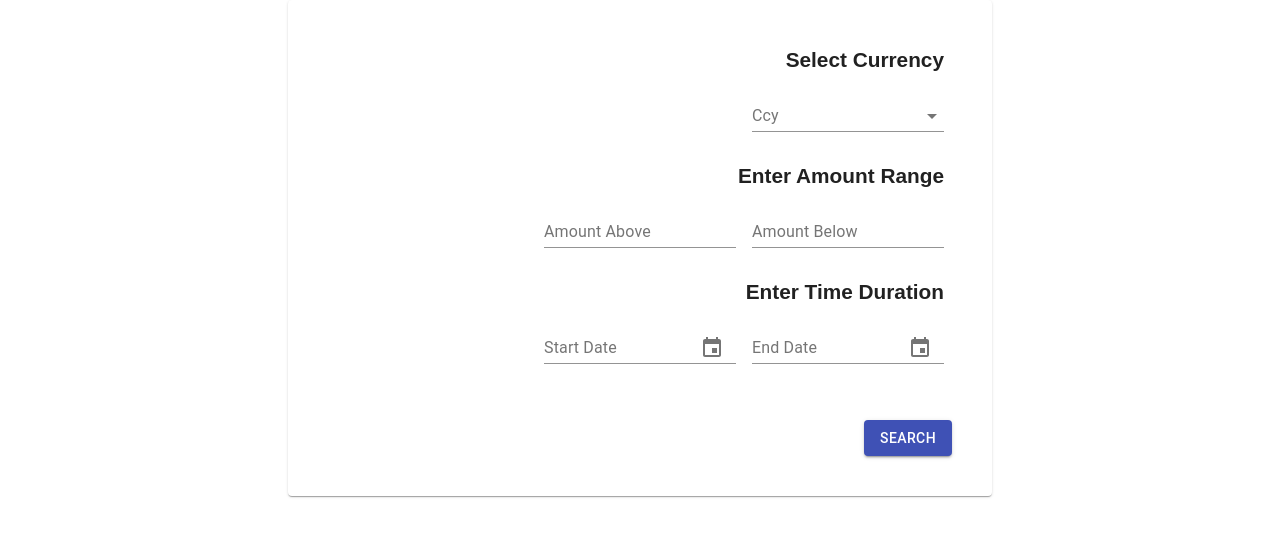
Repository: AmanullaChishty/filter
Page: /
The author's editor kept a copy of each file at every save. The page is drawn from the files as they stood at one save, then again after the next save.
The browser window is 1280 px wide. The pictures show the whole page.
The project was rebuilt for these pictures with package versions that can differ from the ones it lists, and the page was loaded fresh each time. Imported but missing from the stored project, and not drawn on this page: src/reducers/simpleReducer.

Above is the page before, as saved 2020-01-26 13:40:37.

### src/index.js
import React from 'react';
import ReactDOM from 'react-dom';

// Required for Redux store setup
import { Provider } from 'react-redux'
import configureStore from './store';

import './index.css';
import App from './App';
import registerServiceWorker from './registerServiceWorker';

ReactDOM.render(
  <Provider store={configureStore()}>
    <App />
  </Provider>,
  document.getElementById('root')
);
registerServiceWorker();

### src/store.js
import { createStore, applyMiddleware } from 'redux';
import thunk from 'redux-thunk';
import rootReducer from './reducers/rootReducer';

export default function configureStore(initialState={}) {
  return createStore(
    rootReducer,
    applyMiddleware(thunk)
  );
}

### src/App.js
import MUIDataTable from "mui-datatables";
import React, { Component } from 'react';
import { connect } from 'react-redux';
import { bindActionCreators } from 'redux';
import './App.css';
import { fetchData } from './searchBar/actions/fetchData';
// import WorkList from './gridList'
import SearchBar from './searchBar/components/searchBar';
import { getData } from './searchBar/selectors/searchSelectors';



/*
 * mapDispatchToProps
*/
// const mapDispatchToProps = dispatch => ({
//   simpleAction: () => dispatch(simpleAction())
// })

/*
 * mapStateToProps
*/
// const mapStateToProps = state => ({
//   ...state
// })

const mapStateToProps=state=> {
  return {
      content:getData(state)
      };
}

const mapDispatchToProps = dispatch => bindActionCreators({
  // fetchAllData:fetchData,
}, dispatch)

const headers = [{ name: "invoice_id", label: "Invoice id", options: { filter: true, sort: true, } },{ name: "reference", label: "Reference", options: { filter: true, sort: true, } },
{ name: "maturity_date", label: "Maturity Date", options: { filter: true, sort: true, } },{ name: "invoice_amount", label: "Invoice Amount", options: { filter: true, sort: true, } },
{ name: "ccy", label: "CCY", options: { filter: true, sort: true, } },{ name: "buyer", label: "Buyer", options: { filter: true, sort: true, } },
{ name: "supplier", label: "Supplier", options: { filter: true, sort: true, } },{ name: "invoice_date", label: "Invoice Date", options: { filter: true, sort: true, } },]

const options = {
  filterType: "checkbox",
  responsive: "stacked",
}

/**
 * @class App
 * @extends {Component}
 */
class App extends Component {


  componentDidMount() {
    // const { fetchAllData } = this.props;
    // fetchAllData();

}
  /**
   * @memberof App
   * @summary handles button click
   */
  // simpleAction = (event) => {
  //   this.props.simpleAction();
  // }

  render() {
    const {content} = this.props;
    return (
      <div className="App">
        {/* <WorkList/> */}
        <SearchBar/>
        {/* <MUIDataTable
            title={'Detail List'}
            data={content}
            columns={headers}
            options={options}

          /> */}
        {/* <header className="App-header">
          <img src={logo} className="App-logo" alt="logo" />
          <h1 className="App-title">Welcome to React</h1>
        </header>
        <pre>
          {
            JSON.stringify(this.props)
          }
        </pre>
        <button onClick={this.simpleAction}>Test redux action</button>
        <p className="App-intro">
          To get started, edit <code>src/App.js</code> and save to reload.
        </p> */}
      </div>
    );
  }
}

export default connect(mapStateToProps, mapDispatchToProps)(App);

### src/reducers/rootReducer.js
import { combineReducers } from 'redux';
import simpleReducer from './simpleReducer';
import searchReducer from '../searchBar/reducers/searchReducer'

export default combineReducers({
  simpleReducer,
  searchReducer
});

### src/searchBar/actions/fetchData.js
import { getData } from "./searchAction";


function fetchData() {
    return dispatch => {
        fetch(`https://my.api.mockaroo.com/tallydata.json?key=1e3baa20`, {
            headers: {
              'Content-Type': 'application/json'

            }
          })
        .then(res => res.json())
        .then(res => {
            if(res.error) {
                throw(res.error);
            }
            dispatch(getData(res));

            return res;
        })
        .catch(error => {
            alert(error);
        })
    }
}

export { fetchData };

### src/searchBar/components/searchBar.js
import React, { Component, Fragment } from 'react';
import { connect } from 'react-redux';
import { bindActionCreators } from 'redux';
// import { fetchData } from '../actions/fetchData';
import { search } from '../actions/searchAction';
import { getData, getSearchData } from '../selectors/searchSelectors';
import InputLabel from '@material-ui/core/InputLabel';
import MenuItem from '@material-ui/core/MenuItem';
import FormControl from '@material-ui/core/FormControl';
import Select from '@material-ui/core/Select';
import { Grid, Card, CardContent,CardActions, Input, Button, InputAdornment } from '@material-ui/core';
import DateFnsUtils from '@date-io/date-fns';
import { KeyboardDatePicker, MuiPickersUtilsProvider } from "@material-ui/pickers";
import 'date-fns';


let ccy=''

class SearchBar extends Component {

  constructor(props){
    super(props);
    this.handleChange=this.handleChange.bind(this)
    this.setLowerLimit=this.setLowerLimit.bind(this)
    this.setUpperLimit=this.setUpperLimit.bind(this)
    this.setStartDate=this.setStartDate.bind(this)
    this.setEndDate=this.setEndDate.bind(this)
    this.submitSearch=this.submitSearch.bind(this)
    this.state = {
      ccy:'',
      lowerLimit:'',
      upperLimit:'',
      startDate:null,
      endDate:null

    }
  }

  componentDidMount() {
    // const { fetchAllData } = this.props;
    // fetchAllData();
    }



  handleChange(event){
    let val = event.target.value
      this.setState({ccy:val})
  };

  setLowerLimit(event){
    let val = event.target.value
    this.setState({lowerLimit:val});
  }

  setUpperLimit(event){
    let val = event.target.value
    this.setState({upperLimit:val})

  }
  setStartDate(event){
    this.setState({startDate:event})

  }

  setEndDate(event){
    this.setState({endDate:event})

  }

  submitSearch(){
    console.log('state',this.state)
  }


  render() {
    // const {searchData, value,content} = this.props;
    const sectionGrid={ display: 'flex', justifyContent: 'end', alignItems: 'end', flexDirection: 'column', marginBottom: '2em' }
    const sectionLabel = { fontSize: '1.3em', fontWeight: 'bold', marginBottom: '-.2em' }
    const innerSection={ display: 'flex', justifyContent: 'center', alignItems: 'center', }
    const formControlStyle={ width: '12em', marginTop: '1em' }
    const formControlStyleLeft={ width: '12em', marginTop: '1em', marginLeft: '1em' }
    const {ccy,lowerLimit,upperLimit,startDate,endDate} = this.state

    return (
      <Grid style={{display:'flex',justifyContent:'center',alignItems:'center',flexDirection:'column'}}>
        {/* <input
          className="form-control"
          placeholder = "Procurar Trabalho"
          onChange={(e) => searchData(e.target.value)}
         />
    <h3>{value}</h3> */}
    <Card style={{maxWidth:675,width:'50%',padding:'2em'}}>
      <CardContent>
            <Grid style={sectionGrid}>
              <span style={sectionLabel}>Select Currency</span>
              <FormControl style={formControlStyle} >

                <InputLabel id="ccy">
                  Ccy
                </InputLabel>
                <Select
                  labelId="ccy"
                  id="simple-select"
                  value={ccy}
                  onChange={this.handleChange}>
                  <MenuItem value={'USD'}>USD</MenuItem>
                  <MenuItem value={'INR'}>INR</MenuItem>
                  <MenuItem value={'JPY'}>JPY</MenuItem>
                  <MenuItem value={'RYD'}>RYD</MenuItem>
                </Select>
              </FormControl>
            </Grid>

            <Grid style={sectionGrid}>
              <span style={sectionLabel}>Enter Amount Range</span>
              <Grid style={innerSection}>
                <FormControl style={formControlStyle} >

                  <InputLabel id="ccy">
                    Amount Above
                  </InputLabel>
                  <Input
                  type='number'
                  value={lowerLimit}
                  startAdornment={ccy!=''?(<InputAdornment position="start">{ccy}</InputAdornment>):null}
                  onChange={this.setLowerLimit}/>
                </FormControl>
                <FormControl style={formControlStyleLeft} >
                  <InputLabel id="ccy">
                    Amount Below
                  </InputLabel>
                  <Input
                  type='number'
                  value={upperLimit}
                  startAdornment={ccy!=''?(<InputAdornment position="start">{ccy}</InputAdornment>):null}
                  onChange={this.setUpperLimit} />
                </FormControl>
              </Grid>
            </Grid>

            <Grid style={sectionGrid}>
              <span style={sectionLabel}>Enter Time Duration</span>
              <Grid style={innerSection}>
                <FormControl style={formControlStyle} >
                  <Fragment>
                    <MuiPickersUtilsProvider utils={DateFnsUtils}>
                      <KeyboardDatePicker
                        label="Start Date"
                        clearable
                        value={startDate}
                        placeholder="Select Start Date"
                        onChange={this.setStartDate}
                        format="dd/MM/yyyy"
                      />
                    </MuiPickersUtilsProvider>
                  </Fragment>
                </FormControl>
                <FormControl style={formControlStyleLeft} >
                <Fragment>
                    <MuiPickersUtilsProvider utils={DateFnsUtils}>
                      <KeyboardDatePicker
                        label="End Date"
                        clearable
                        value={endDate}
                        placeholder="End Date"
                        onChange={this.setEndDate}
                        format="dd/MM/yyyy"
                      />
                    </MuiPickersUtilsProvider>
                  </Fragment>
                </FormControl>
              </Grid>
            </Grid>

      </CardContent>
      <CardActions style={{float:'right'}}>
        <Button variant="contained" color="primary" onClick={this.submitSearch}>
          Search
        </Button>
      </CardActions>
      </Card>
    </Grid>
    );
  }
}

// function mapStateToProps({works}) {
//   return {value: works.value};
// }

const mapStateToProps=state=> {
    return {
        value: getSearchData(state),
        content:getData(state)
        };
  }

const mapDispatchToProps = dispatch => bindActionCreators({
    searchData: search,
    // fetchAllData:fetchData,
}, dispatch)

// function mapDispatchToProps(dispatch) {
//   return bindActionCreators({search}, dispatch);
// }

export default connect(mapStateToProps, mapDispatchToProps)(SearchBar);

### src/searchBar/selectors/searchSelectors.js
import { createSelector } from 'reselect';

export const getSearchData = createSelector(
    state => state.searchReducer.serachedValue,
    serachedValue => serachedValue
)

export const getData = createSelector(
    state => state.searchReducer.contents,
    contents=>contents
)

### src/searchBar/reducers/searchReducer.js
import { SEARCH, SUCCESS } from '../actions/searchAction';

const initialState = {contents: [], value: '', serachedValue: []};

export default function searchReducer(state = initialState, action) {
  switch(action.type) {
    case SUCCESS: {
      const {contents} = action;
      return {
        ...state,
        contents:contents
      };
    }
    case SEARCH: {
      const {value} = action;
      const works = state.contents.filter((val) => {console.log('val',val), val.includes(value)});
      return {
        ...state,
        value:value,
        serachedValue:works
      };
    }
    default:
      return state;
  }
}

### src/searchBar/actions/searchAction.js
export const SEARCH = 'SEARCH';
export const SUCCESS = 'SUCCESS'

export function search(value) {
  return {
      type: SEARCH,
      value:value
    };
}

export function getData(res) {
  return {
      type: SUCCESS,
      contents:res
    };
}

// export const search = (value) => dispatch => {
//     dispatch({
//       type: SEARCH,
//       payload: value
//     })
//   }

Loaded but not shown: public/index.html (common file); src/index.css (common file); src/registerServiceWorker.js (common file); src/App.css (common file)

After the next save:
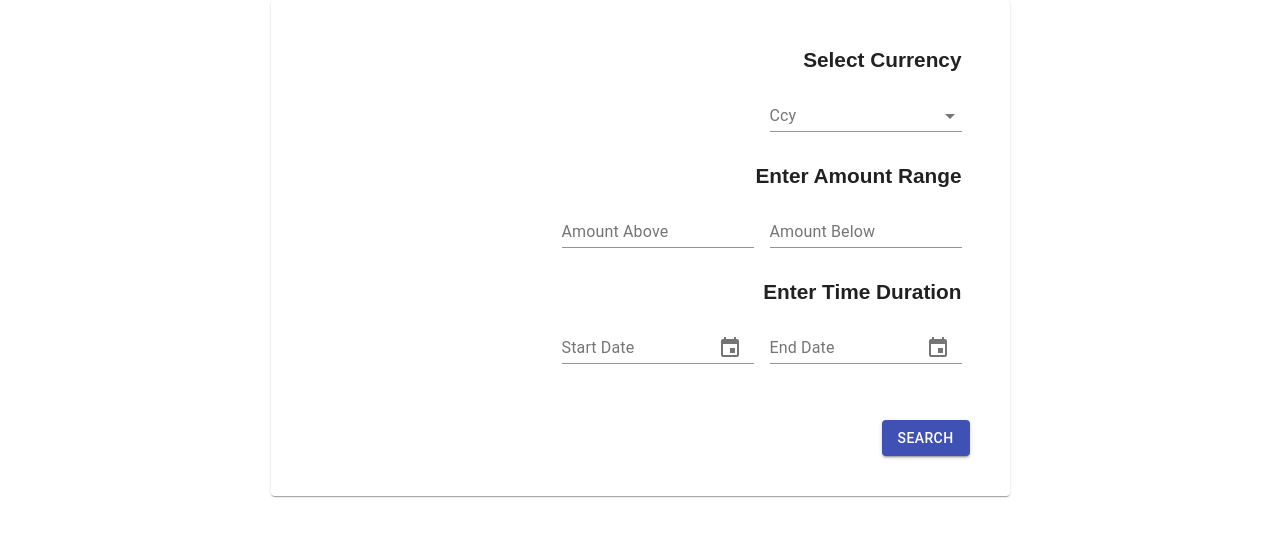
Saved 14 s later.
--- a/src/searchBar/components/searchBar.js
+++ b/src/searchBar/components/searchBar.js
@@ -90,7 +90,7 @@ class SearchBar extends Component {
           onChange={(e) => searchData(e.target.value)}
          />
     <h3>{value}</h3> */}
-    <Card style={{maxWidth:675,width:'50%',padding:'2em'}}>
+    <Card style={{maxWidth:675,width:'100%',padding:'2em'}}>
       <CardContent>
             <Grid style={sectionGrid}>
               <span style={sectionLabel}>Select Currency</span>
